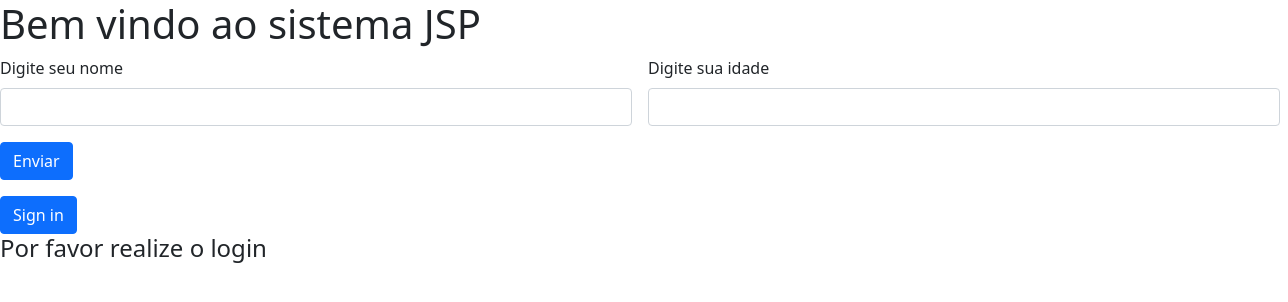
Repository: EduCarmo/PROJETO_JAVA-JSP_JDBC_SQL_JAVA
Page: http://localhost/curso-jsp/principal/cadastrousuario.jsp
The author's editor kept a copy of each file at every save. The page is drawn from the files as they stood at one save, then again after the next save.
The browser window is 1280 px wide. The page is 1288 px wide, so the pictures cover 1288 px, including what lies to the right of the window. The pictures show the whole page.
The page is served by Tomcat 10. Other server files are loaded and not shown.

Above is the page before, as saved 2024-03-13 21:48:35.

### curso-jsp/src/main/webapp/index.jsp
<%@ page language="java" contentType="text/html; charset=UTF-8"
	pageEncoding="UTF-8"%>
<!DOCTYPE html>
<html lang="pt-BR">
<head>
<meta charset="UTF-8">
<meta name="viewport" content="width=device-width, initial-scale=1">

<link
	href="https://cdn.jsdelivr.net/npm/bootstrap@5.0.2/dist/css/bootstrap.min.css"
	rel="stylesheet"
	integrity="sha384-EVSTQN3/azprG1Anm3QDgpJLIm9Nao0Yz1ztcQTwFspd3yD65VohhpuuCOmLASjC"
	crossorigin="anonymous">

<title>Curso JSP</title>
</head>
<body>

	<h1>Bem vindo ao sistema JSP</h1>

	<form action="ServletLogin" method="post" class="row g-3">

		<input type="hidden" value="<%=request.getParameter("url")%>"
			name="url">

		<div class="col-md-6">
			<label class="form-label">Digite seu nome</label> <input name="login"
				type="text" class="form-control">
		</div>

		<div class="col-md-6">
			<label class="form-label">Digite sua idade</label> <input
				name="senha" type="password" class="form-control">
		</div>
		<div class="col-12">
			<input type="submit" value="Enviar" class="btn btn-primary">
		</div>
		<div class="col-12">
    <button type="submit" class="btn btn-primary">Sign in</button>
  </div>
	</form>

	<h4>${msg}</h4>

	<script
		src="https://cdn.jsdelivr.net/npm/bootstrap@5.0.2/dist/js/bootstrap.bundle.min.js"
		integrity="sha384-MrcW6ZMFYlzcLA8Nl+NtUVF0sA7MsXsP1UyJoMp4YLEuNSfAP+JcXn/tWtIaxVXM"
		crossorigin="anonymous"></script>

</body>
</html>

After the next save:
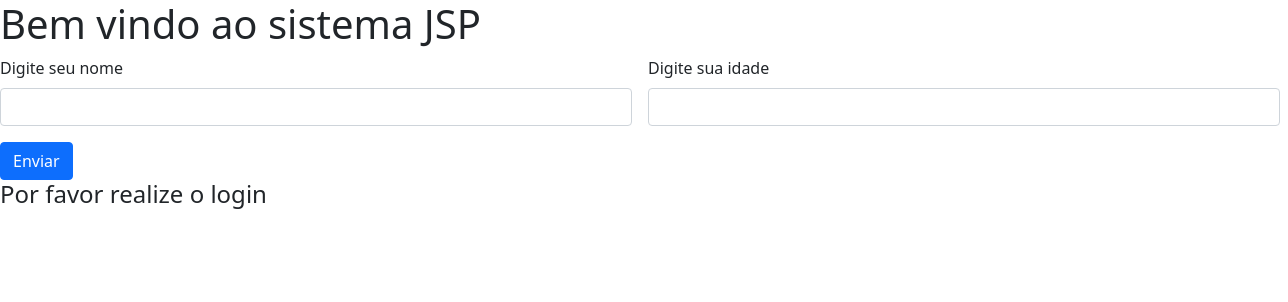
Saved 9 s later.
--- a/curso-jsp/src/main/webapp/index.jsp
+++ b/curso-jsp/src/main/webapp/index.jsp
@@ -35,9 +35,6 @@
 		<div class="col-12">
 			<input type="submit" value="Enviar" class="btn btn-primary">
 		</div>
-		<div class="col-12">
-    <button type="submit" class="btn btn-primary">Sign in</button>
-  </div>
 	</form>
 
 	<h4>${msg}</h4>
